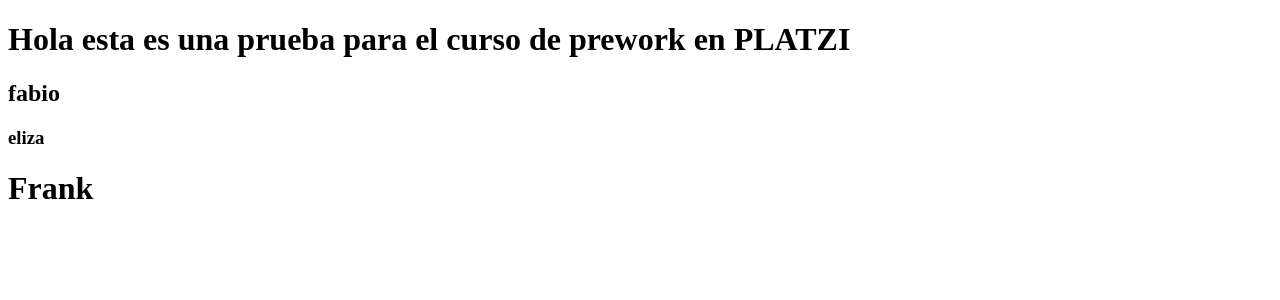
Repository: Frankesteban/Proyecto-Ing
Page: web.html
These files come from the project's save history. The page is drawn as it stood at one moment and after the next save; the edit follows.
The browser window is 1280 px wide. The pictures show the whole page.

Above is the page before, as saved 2023-05-05 17:11:57.

### web.html
<!DOCTYPE html>
<html lang="en">
<head>
    <meta charset="UTF-8">
    <meta http-equiv="X-UA-Compatible" content="IE=edge">
    <meta name="viewport" content="width=device-width, initial-scale=1.0">
    <title>Blog Prueba</title>
</head>
<body>
    <div>
        <h1>
            Hola esta es una prueba para el curso de prework en PLATZI
        </h1>

        <h2>fabio</h2>
        <h3>eliza</h3>
        <h1>Frank</h1>

    </div>
</body>
</html>

After the next save:
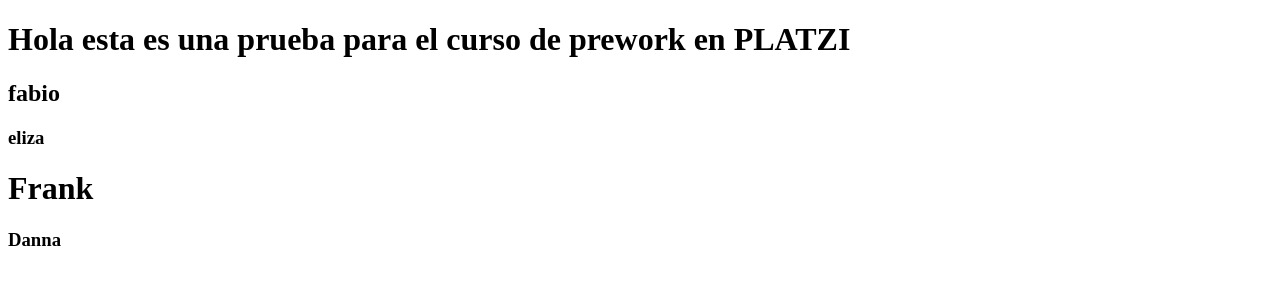
Saved 7 min 10 s later.
--- a/web.html
+++ b/web.html
@@ -15,6 +15,7 @@
         <h2>fabio</h2>
         <h3>eliza</h3>
         <h1>Frank</h1>
+        <h3>Danna</h3>
 
     </div>
 </body>
